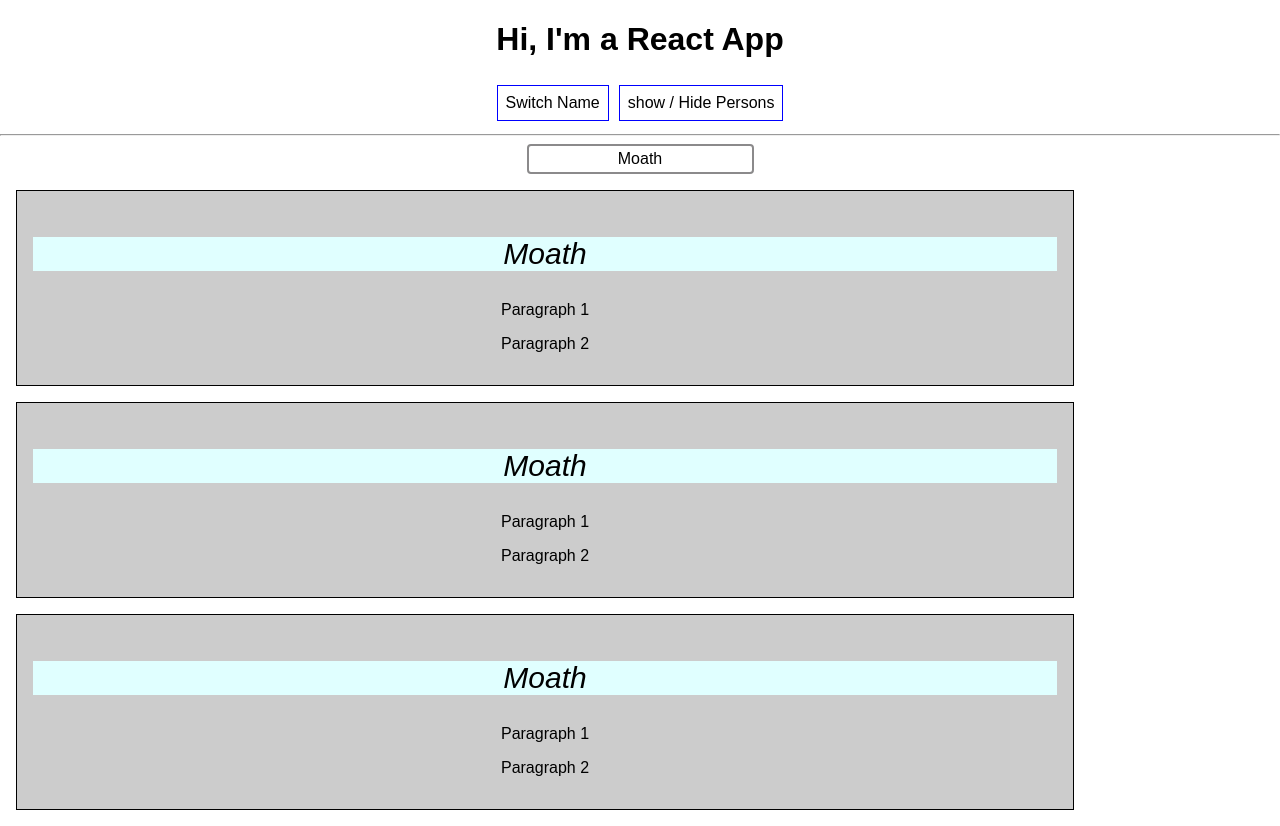
Repository: MuathYHKefayah/React-Basics
Page: /
These files come from the project's save history. The page is drawn as it stood at one moment and after the next save; the edit follows.
The browser window is 1280 px wide. The pictures show the whole page.
The project was rebuilt for these pictures with package versions that can differ from the ones it lists, and the page was loaded fresh each time. Also part of the build but not shown: src/Person/Person.css, src/Person/Person.js.

Above is the page before, as saved 2020-12-12 13:14:30.

After the next save:
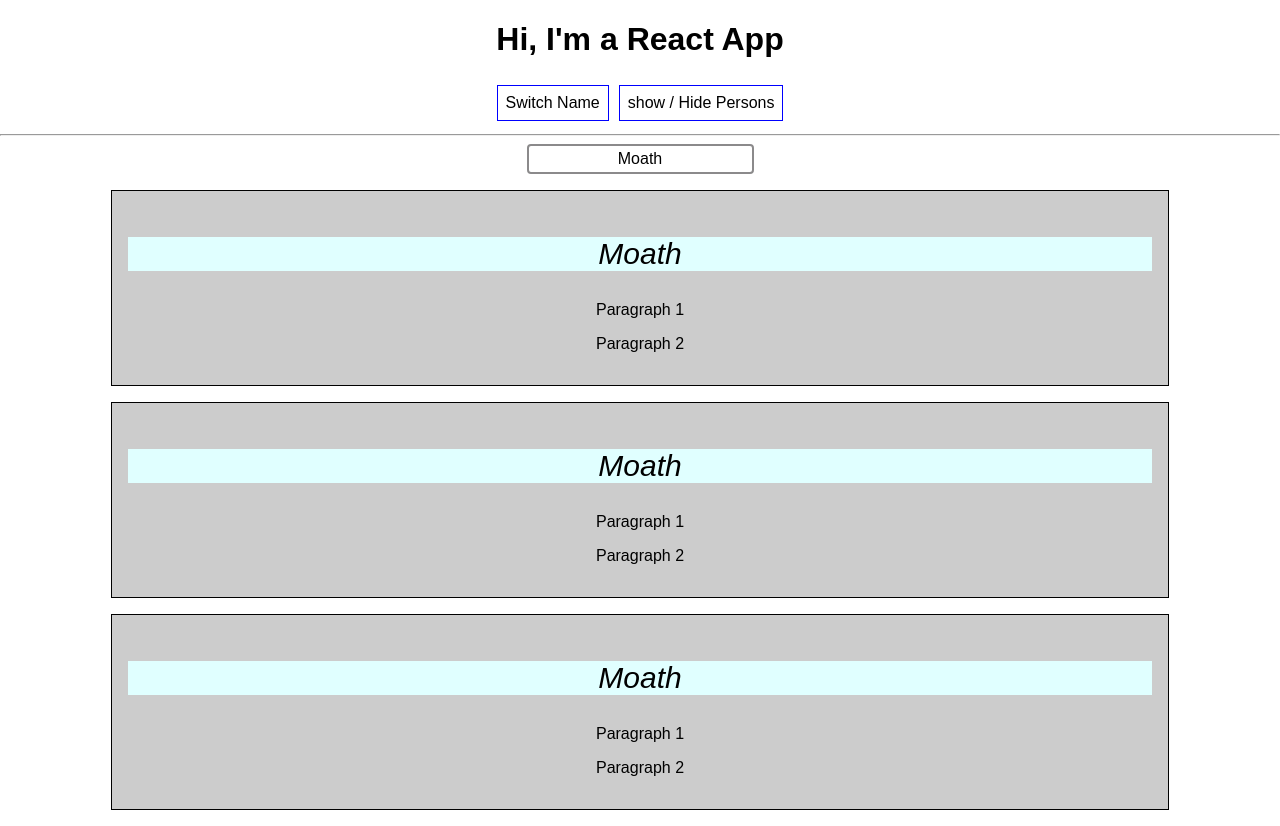
Saved 15 s later.
--- a/src/UserOutput/UserOutput.css
+++ b/src/UserOutput/UserOutput.css
@@ -3,6 +3,6 @@
     border: 1px solid black;
     padding: 16px;
     background-color: #ccc;
-    margin: 16px;
+    margin: 16px auto;
     text-align: center;
 }
